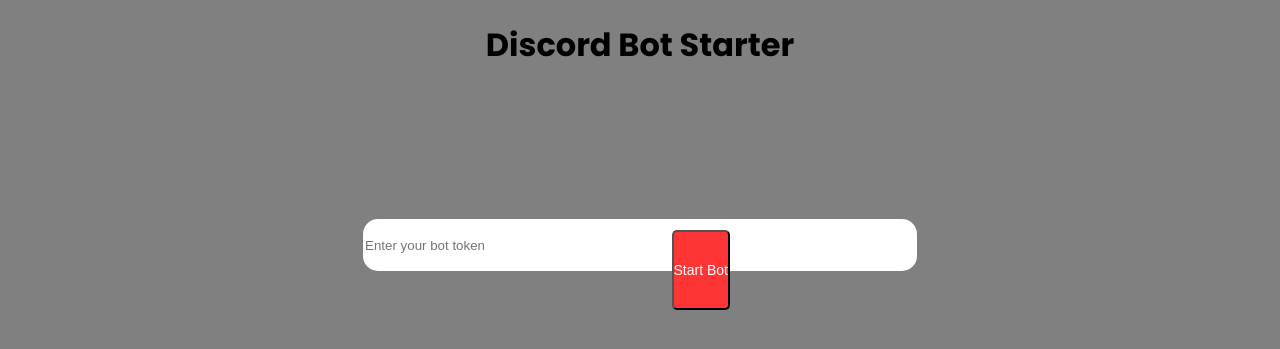
Repository: ranger2202/discord-bot-panel
Page: ranger-bot-runner/app/templates/landing.html
These files come from the project's save history. The page is drawn as it stood at one moment and after a run of saves; the edit follows.
The browser window is 1280 px wide. The pictures show the whole page.

Above is the page before, as saved 2023-12-30 12:12:21.

After the next 2 saves:
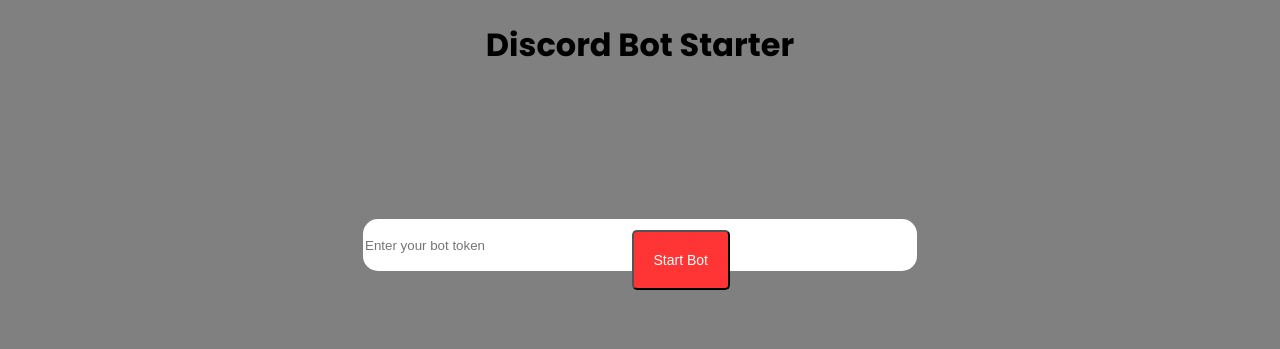
The 2 saves are shown as one change because they came seconds apart.
The last was saved 6 s later.
--- a/ranger-bot-runner/app/static/landing.css
+++ b/ranger-bot-runner/app/static/landing.css
@@ -9,7 +9,7 @@
     right: 550px;
     top: 230px;
     display: inline-block;
-    padding: 30px 0px;
+    padding: 20px 20px;
     font-size: 14px;
     text-decoration: none;
     color: #ffffff;
